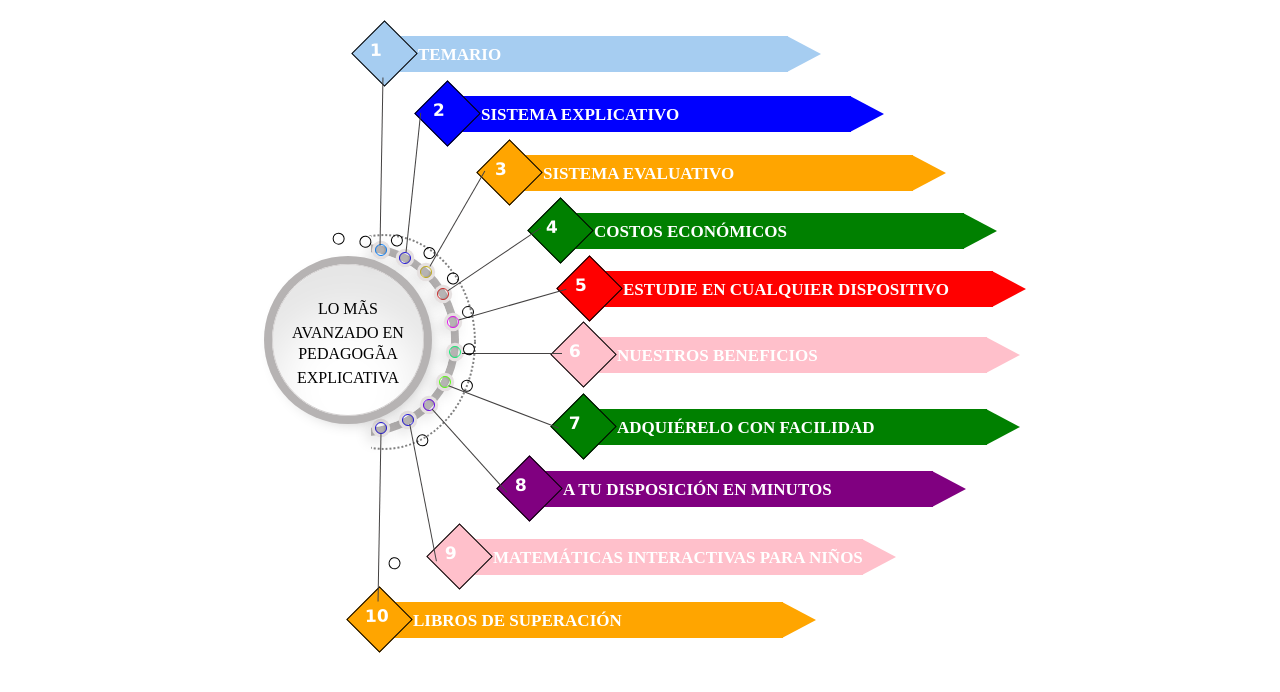
Repository: jennymoreno94/Menu
Page: index.html
The author's editor kept a copy of each file at every save. The page is drawn from the files as they stood at one save, then again after the next save.
The browser window is 1280 px wide. The pictures show the whole page.

Above is the page before, as saved 2021-08-01 23:05:27.

### index.html
<!DOCTYPE html>
<html lang=”en”>

<head>
  <link rel="stylesheet" href="estilo.css">
  <meta charset=”UTF-8″ />
  <title>Menu</title>
</head>
<body>
  <container>
    <div class="circulo-completo">
      <div class="circle-menu">
        <p>LO MÁS AVANZADO EN PEDAGOGÍA EXPLICATIVA</p>
      </div>
      <div id="circulo" class="circle-menus derecha"></div>
    </div>
    <div class="circle-punto derecha"> </div>
  </container>
</body>
<script type="text/javascript" src="menu.js"></script>

</html>

### estilo.css


.circulo-completo {
    margin: 250px;
}

.circle-menu {
    position: relative;
    width: 150px;
    height: 150px;
    border: 1px solid rgb(211, 208, 208);
    border-radius: 50%;
    box-shadow: inset 0 3em 3em rgba(0, 0, 0, 0.1), 0 0 0 0.5rem rgb(182, 179, 179), 0.3em 0.3em 1em rgba(0, 0, 0, 0.3);
    float: left;
    z-index: 7;
    margin: 14px;
}

p {
    padding: 1rem;
    text-align: center;
}

.circle-menus {
    position: relative;
    background-color: gray;
    width: 180px;
    height: 180px;
    border-radius: 50% 50%;
    margin-left: -165px;
    float: left;
    z-index: 6;
}

.circle-menus::before {
    position: absolute;
    content: "";
    top: 1%;
    left: 1%;
    background-color: #fff;
    height: 98%;
    width: 98%;
    border-radius: 50% 50%;
    box-shadow: inset 0 3em 3em rgb(255, 255, 255), 0 0 0 0.5rem rgb(182, 179, 179), 0.3em 0.3em 1em rgb(255, 255, 255);
}

.circle-menus::after {
    position: absolute;
    content: "";
    height: 50%;
    background-color: rgb(255, 255, 255);
    border: 1px solid #fff;
    top: 50%;
    left: 0;
    width: 100%;
    box-shadow: inset 0 3em 3em rgb(255, 255, 255), 0 0 0 0.5rem rgb(255, 255, 255), 0.3em 0.3em 1em rgb(255, 255, 255);
}

.circle-menus.derecha {
    transform: rotate(90deg);
}

.circulo-pequeno {
    position: relative;
    width: 10px;
    height: 10px;
    border-radius: 50%;
    box-shadow: inset 0 0.1rem 0.1rem rgba(0, 0, 0, 0.1), 0 0 0 0.2rem rgb(229, 224, 224), 0.3em 0.3em 1em rgba(0, 0, 0, 0.3);
    float: left;
    z-index: 5;
}

.num1 {
    border: 1px solid rgb(10 124 241);
    margin: 66px 0px 48px -6px;
}

.num::after {
    height: 1px;
    background-color: red;
}

.num2 {
    border: 1px solid rgb(32 20 212);
    margin: 42px 0px 0px -4px;
}

.num3 {
    border: 1px solid rgb(190 169 26);
    margin: 21px 0px 0px 2px;
}

.num4 {
    border: 1px solid rgb(200 41 41);
    margin: 4px 0px 0px 10px;
}

.num5 {
    border: 1px solid rgb(222 19 235);
    margin: -6px 0px 0px 16px;
}

.num6 {
    border: 1px solid rgb(18 235 115);
    margin: -8px 0px 0px 18px;
}

.num7 {
    border: 1px solid rgb(89 249 20);
    margin: 2px 0px 0px 18px;
}

.num8 {
    border: 1px solid rgb(100 3 225);
    margin: 18px 0px 0px 11px;
}

.num9 {
    border: 1px solid rgb(32 20 212);
    margin: 39px -1px 0px 3px;
}

.num10 {
    border: 1px solid rgb(32 20 212);
    margin: 66px -14px 0px -3px;
}

.circle-punto {
    position: relative;
    width: 212px;
    height: 180px;
    border-radius: 50% 50%;
    margin-left: -177px;
    border: 2px dotted gray;
    float: left;
    z-index: 4;
}

.circle-punto::before {
    position: absolute;
    content: "";
    top: 1%;
    left: 1%;
    background-color: #fff;
    height: 98%;
    width: 98%;
    border-radius: 50% 50%;
}

.circle-punto::after {
    position: absolute;
    content: "";
    height: 50%;
    background-color: rgb(255, 255, 255);
    border: 1px dotted #fff;
    top: 57%;
    left: 0;
    width: 100%;
}

.circle-punto.derecha {
    transform: rotate(90deg);
}

.boton-agrupado {
    position: relative;
    float: left;
    z-index: 3;
}

.button-href {
    position: relative;
    width: 400px;
    height: 36px;
    background: white;
    display: inline-block;
    color: black;
    text-decoration: none;
    z-index: -1;

}

.flecha {
    position: absolute;
    content: "";
    border-left: 34px solid white;
    border-top: 18px solid transparent;
    border-bottom: 18px solid transparent;
    margin-left: -1px;
}

.texto {
    margin-left: 30px;
    margin-top: 9px;
    font-size: 17px;
    color: white;

}

.btn1 {
    transform: translateY(-268px) translateX(-391px) rotate(630deg);
}

.btn2 {
    transform: translateY(-307px) translateX(-339px) rotate(630deg);
}

.btn3 {
    transform: translateY(-348px) translateX(-294px) rotate(630deg);
}

.btn4 {
    transform: translateY(-382px) translateX(-258px) rotate(630deg);
}

.btn5 {
    transform: translateY(-401px) translateX(-228px) rotate(630deg);
}

.btn6 {
    transform: translateY(-393px) translateX(-192px) rotate(630deg);
}

.btn7 {
    transform: translateY(-403px) translateX(-150px) rotate(630deg);
}

.btn8 {
    transform: translateY(-365px) translateX(-111px) rotate(630deg);
}

.btn9 {
    transform: translateY(-316px) translateX(-58px) rotate(630deg);
}

.btn10 {
    transform: translateY(-263px) translateX(-3px) rotate(630deg);
}

.linea {
    position: relative;
    width: 112px;
    height: 47px;
    border-bottom: 1px solid rgb(68, 66, 66);
    float: left;
    z-index: 4;
}

.linea::after {
    position: absolute;
    content: "";
    width: 10px;
    height: 10px;
    border-radius: 50%;
    float: left;
    border: 1px solid #000;

}

.linea1 {
    transform: translateY(4px) translateX(-168px) rotate(181deg);
    width: 168px;
}

.linea2 {
    transform: translateY(-4px) translateX(-143px) rotate(186deg);
    width: 140px;
}

.linea3 {
    transform: translateY(-30px) translateX(-115px) rotate(210deg);
    width: 110px;
}

.linea4 {
    transform: translateY(-57px) translateX(-105px) rotate(236deg);
}

.linea5 {
    transform: translateY(-72px) translateX(-91px) rotate(254deg);
}

.linea6 {
    transform: translateY(-76px) translateX(-67px) rotate(270deg);
    width: 100px;
}

.linea7 {
    transform: translateY(-86px) translateX(-51px) rotate(291deg);
    width: 118px;
}

.linea8 {
    transform: translateY(-77px) translateX(-21px) rotate(318deg);
}

.linea9 {
    transform: translateY(-11px) translateX(12px) rotate(169deg);
    width: 140px;
}

.linea10 {
    transform: translateY(-41px) translateX(11px) rotate(361deg);
    width: 168px;
}

.text {
    border-radius: 4px;
    font-family: Verdana;
    color: white;
    position: relative;
    overflow: hidden;
    padding: 4px;
    top: 37%;
    transform: translateY(-111%) rotate( 314deg);
    font-size: 17px;
    text-transform: uppercase;
}

.rombo {
    position: absolute;
    content: "";
    width: 45px;
    height: 45px;
    background: white;
    -webkit-transform: rotate(45deg);
    -moz-transform: rotate(45deg);
    -ms-transform: rotate(45deg);
    -o-transform: rotate(45deg);
    transform: rotate(45deg);
    border: 1px solid;
    margin-left: -27px;
    margin-top: -6px;
    z-index: 1;
}

### menu.js
let circulo = document.getElementById("circulo");

function Menu() {
    for (i = 0; i < 10 ; i++ ) {
        let circuloPequeno = document.createElement("div")
        circuloPequeno.classList.add("circulo-pequeno")
        circuloPequeno.classList.add(`num${i+1}`)

        let linea = document.createElement("div")
        linea.classList.add("linea")
        linea.classList.add(`linea${i+1}`)

        let boton = document.createElement("div")
        boton.classList.add("boton-agrupado")
        boton.classList.add(`btn${i+1}`)

        let color=cambiocolor(i+1)

        let spanRombo =document.createElement("span")
        spanRombo.classList.add("rombo")
        spanRombo.classList.add(`span${i+1}`)
        spanRombo.style.setProperty(`background`, color);

        let h3Rombo =document.createElement("h3")
        h3Rombo.classList.add("text")

        let link =document.createElement("a")
        link.classList.add("button-href")
        link.classList.add(`color${i+1}`)
        link.style.setProperty(`background`, color);

        let span =document.createElement("span")
        span.classList.add("flecha")
        span.classList.add(`span${i+1}`)
        span.style.setProperty(`border-left`,`34px solid ${color}`);

        let h3 =document.createElement("h3")
        h3.classList.add("texto")
        let textoFinal = texto(i+1)

        circulo.appendChild(circuloPequeno)
        circuloPequeno.appendChild(linea)
        circuloPequeno.appendChild(boton)
        boton.appendChild(spanRombo)
        boton.appendChild(link)
        boton.appendChild(span)
        link.appendChild(h3)
        spanRombo.appendChild(h3Rombo)
        h3.append(textoFinal);
        h3Rombo.append(i+1);
    }
}


function texto(num) {
    let texto = ''
    switch (num) {
        case 1: texto='TEMARIO'
        break;
        case 2: texto='SISTEMA EXPLICATIVO'
        break;
        case 3: texto='SISTEMA EVALUATIVO'
        break;
        case 4: texto='COSTOS ECONÓMICOS'
        break;
        case 5: texto='ESTUDIE EN CUALQUIER DISPOSITIVO'
        break;
        case 6: texto='NUESTROS BENEFICIOS'
        break;
        case 7: texto='ADQUIÉRELO CON FACILIDAD'
        break;
        case 8: texto='A TU DISPOSICIÓN EN MINUTOS'
        break;
        case 9: texto='MATEMÁTICAS INTERACTIVAS PARA NIÑOS'
        break;
        case 10: texto='LIBROS DE SUPERACIÓN'
        break;
    }
    return texto
}

function cambiocolor(num) {
    let color = ''
    switch (num) {
        case 1: color='rgb(166, 205, 241)'
        break;
        case 2: color='blue'
        break;
        case 3: color='orange'
        break;
        case 4: color='green'
        break;
        case 5: color='red'
        break;
        case 6: color='pink'
        break;
        case 7: color='green'
        break;
        case 8: color='purple'
        break;
        case 9: color='pink'
        break;
        case 10: color='orange'
        break;
    }
    return color
}




document.onload = Menu()

After the next save:
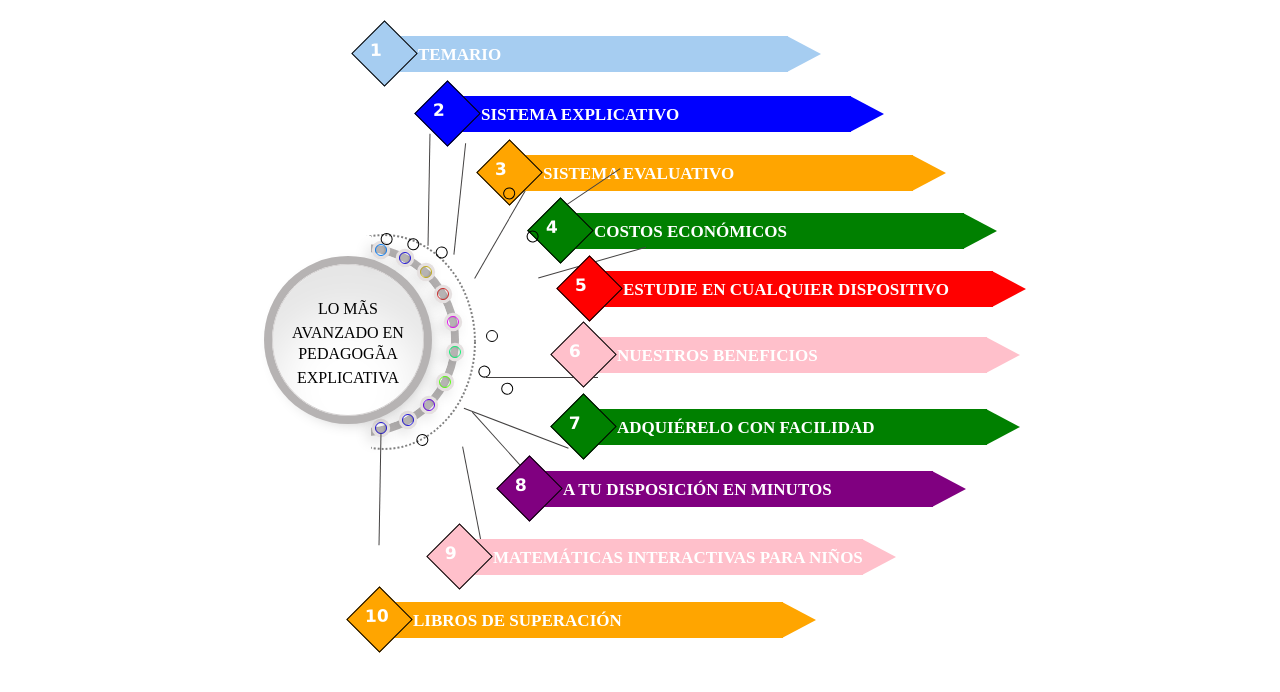
Saved 7 min 32 s later.
--- a/menu.js
+++ b/menu.js
@@ -8,7 +8,9 @@ function Menu() {
 
         let linea = document.createElement("div")
         linea.classList.add("linea")
-        linea.classList.add(`linea${i+1}`)
+
+        let lineaPunto = document.createElement("div")
+        lineaPunto.classList.add(`linea${i+1}`)
 
         let boton = document.createElement("div")
         boton.classList.add("boton-agrupado")
@@ -39,7 +41,8 @@ function Menu() {
         let textoFinal = texto(i+1)
 
         circulo.appendChild(circuloPequeno)
-        circuloPequeno.appendChild(linea)
+        circuloPequeno.appendChild(lineaPunto)
+        lineaPunto.appendChild(linea)
         circuloPequeno.appendChild(boton)
         boton.appendChild(spanRombo)
         boton.appendChild(link)
